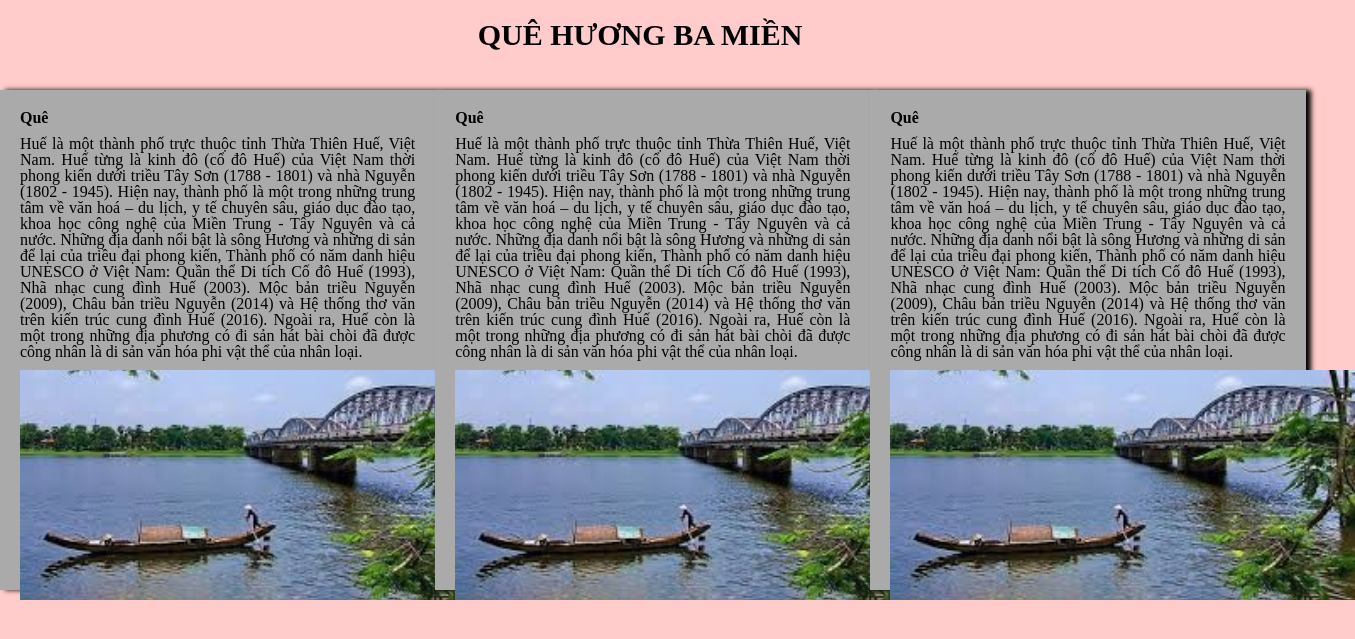
Repository: Tan-Khang21/TH_TKW--Buoi_06
Page: Bai_Tap_Tren_lop/Bai_02/LayoutCSS2.html
An editor plug-in stored every save of this project. The page is shown before and after the next save, followed by the edit.
The browser window is 1280 px wide. The page is 1355 px wide, so the pictures cover 1355 px, including what lies to the right of the window. The pictures show the whole page.

Above is the page before, as saved 2024-03-11 20:28:20.

### Bai_Tap_Tren_lop/Bai_02/LayoutCSS2.html
<!DOCTYPE html>
<html lang="en">
  <head>
    <meta charset="UTF-8" />
    <meta name="viewport" content="width=device-width, initial-scale=1.0" />
    <title>Document</title>
    <link rel="stylesheet" href="style.css" />
    <link rel="stylesheet" href="reset.css" />
  </head>
  <body>
    <h2 class="title">QUÊ HƯƠNG BA MIỀN</h2>
    <div class="container">
      <div class="item">
        <h5 style="font-weight: bold; margin-bottom: 10px">Quê</h5>
        <p style="margin-bottom: 10px">
          Huế là một thành phố trực thuộc tỉnh Thừa Thiên Huế, Việt Nam. Huế
          từng là kinh đô (cổ đô Huế) của Việt Nam thời phong kiến dưới triều
          Tây Sơn (1788 - 1801) và nhà Nguyễn (1802 - 1945). Hiện nay, thành phố
          là một trong những trung tâm về văn hoá – du lịch, y tế chuyên sâu,
          giáo dục đào tạo, khoa học công nghệ của Miền Trung - Tây Nguyên và cả
          nước. Những địa danh nổi bật là sông Hương và những di sản để lại của
          triều đại phong kiến, Thành phố có năm danh hiệu UNESCO ở Việt Nam:
          Quần thể Di tích Cố đô Huế (1993), Nhã nhạc cung đình Huế (2003). Mộc
          bản triều Nguyễn (2009), Châu bản triều Nguyễn (2014) và Hệ thống thơ
          văn trên kiến trúc cung đình Huế (2016). Ngoài ra, Huế còn là một
          trong những địa phương có đi sản hát bài chòi đã được công nhân là di
          sản văn hóa phi vật thể của nhân loại.
        </p>
        <div class="images">
          <img src="images/images1.jpg" alt="" />
        </div>
      </div>
      <div class="item">
        <h5 style="font-weight: bold; margin-bottom: 10px">Quê</h5>
        <p style="margin-bottom: 10px">
          Huế là một thành phố trực thuộc tỉnh Thừa Thiên Huế, Việt Nam. Huế
          từng là kinh đô (cổ đô Huế) của Việt Nam thời phong kiến dưới triều
          Tây Sơn (1788 - 1801) và nhà Nguyễn (1802 - 1945). Hiện nay, thành phố
          là một trong những trung tâm về văn hoá – du lịch, y tế chuyên sâu,
          giáo dục đào tạo, khoa học công nghệ của Miền Trung - Tây Nguyên và cả
          nước. Những địa danh nổi bật là sông Hương và những di sản để lại của
          triều đại phong kiến, Thành phố có năm danh hiệu UNESCO ở Việt Nam:
          Quần thể Di tích Cố đô Huế (1993), Nhã nhạc cung đình Huế (2003). Mộc
          bản triều Nguyễn (2009), Châu bản triều Nguyễn (2014) và Hệ thống thơ
          văn trên kiến trúc cung đình Huế (2016). Ngoài ra, Huế còn là một
          trong những địa phương có đi sản hát bài chòi đã được công nhân là di
          sản văn hóa phi vật thể của nhân loại.
        </p>
        <div class="images">
          <img src="images/images1.jpg" alt="" />
        </div>
      </div>
      <div class="item">
        <h5 style="font-weight: bold; margin-bottom: 10px">Quê</h5>
        <p style="margin-bottom: 10px">
          Huế là một thành phố trực thuộc tỉnh Thừa Thiên Huế, Việt Nam. Huế
          từng là kinh đô (cổ đô Huế) của Việt Nam thời phong kiến dưới triều
          Tây Sơn (1788 - 1801) và nhà Nguyễn (1802 - 1945). Hiện nay, thành phố
          là một trong những trung tâm về văn hoá – du lịch, y tế chuyên sâu,
          giáo dục đào tạo, khoa học công nghệ của Miền Trung - Tây Nguyên và cả
          nước. Những địa danh nổi bật là sông Hương và những di sản để lại của
          triều đại phong kiến, Thành phố có năm danh hiệu UNESCO ở Việt Nam:
          Quần thể Di tích Cố đô Huế (1993), Nhã nhạc cung đình Huế (2003). Mộc
          bản triều Nguyễn (2009), Châu bản triều Nguyễn (2014) và Hệ thống thơ
          văn trên kiến trúc cung đình Huế (2016). Ngoài ra, Huế còn là một
          trong những địa phương có đi sản hát bài chòi đã được công nhân là di
          sản văn hóa phi vật thể của nhân loại.
        </p>
        <div class="images">
          <img src="images/images1.jpg" alt="" />
        </div>
      </div>
    </div>
  </body>
</html>

### Bai_Tap_Tren_lop/Bai_02/style.css
* {
  box-sizing: border-box;
}
body {
  width: 100%;
  background-color: #ffcccb;
}
.title {
  text-align: center;
  font-size: 30px;
  margin: 20px;
  margin-bottom: 40px;
  font-weight: bold;
}
.item {
  width: 34%;
  height: 500px;
  padding: 20px;
  background-color: #aaaaaa;
  text-align: justify;
  box-shadow: 5px 0px 5px black;
}
.images {
  width: 465px;
  height: 230px;
}
.images img {
  width: 100%;
  height: 100%;
  object-fit: cover;
}
.container {
  display: flex;
}

Loaded but not shown: Bai_Tap_Tren_lop/Bai_02/reset.css (common file)

After the next save:
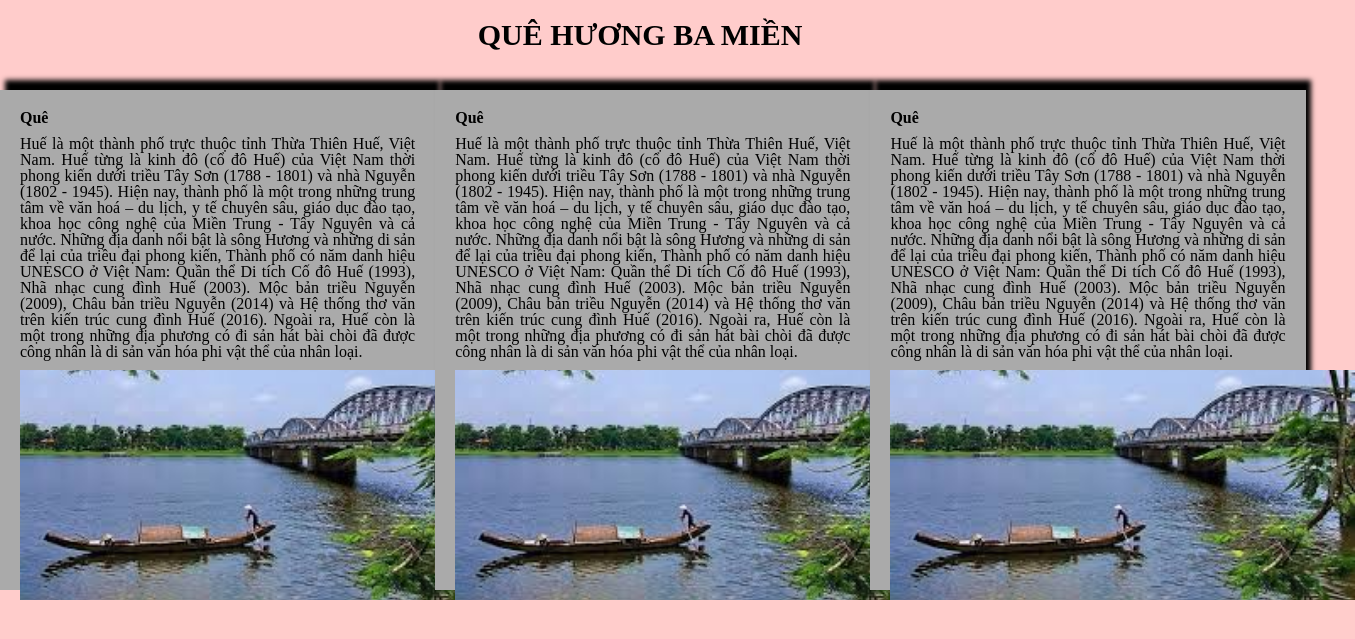
Saved 12 s later.
--- a/Bai_Tap_Tren_lop/Bai_02/style.css
+++ b/Bai_Tap_Tren_lop/Bai_02/style.css
@@ -18,7 +18,7 @@ body {
   padding: 20px;
   background-color: #aaaaaa;
   text-align: justify;
-  box-shadow: 5px 0px 5px black;
+  box-shadow: 5px -10px 5px black;
 }
 .images {
   width: 465px;
